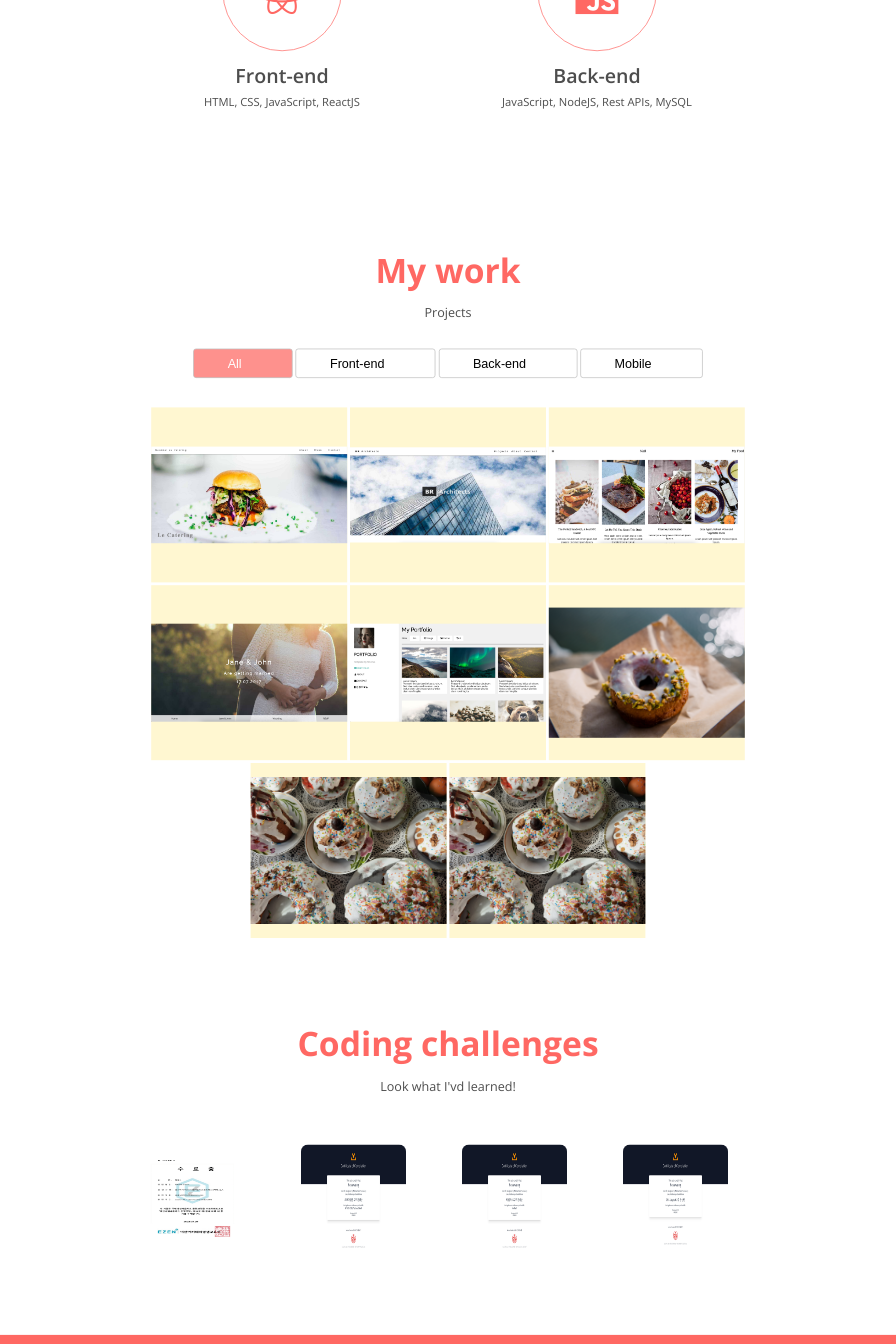
Repository: hesshess/Portfolio
Page: index.html
These files come from the project's save history. The page is drawn as it stood at one moment and after the next save; the edit follows.
The browser window is 1280 px wide. The pictures show the part of the page from y = 1060 to 2980 px (the page is 3375 px tall), at 70% of full size.
Some web libraries are served in a nearby version.

Above is the page before, as saved 2022-10-19 11:50:43.

### index.html
<!DOCTYPE html>
<html lang="en">
  <head>
    <meta charset="UTF-8" />
    <meta name="viewport" content="width=device-width, initial-scale=1.0" />
    <title>Hess's Portfolio</title>
    <meta
      name="description"
      content="Portfolio for world-renowed software engineer Hess"
    />
    <meta name="author" content="Hess" />
    <link rel="icon" type="image/png" href="imgs/favicon.png" />
    <script
      src="https://kit.fontawesome.com/1af2041847.js"
      crossorigin="anonymous"
    ></script>
    <link
      href="https://fonts.googleapis.com/css2?family=Amatic+SC:wght@400;700&family=Open+Sans:wght@400;600;700&display=swap"
      rel="stylesheet"
    />
    <link rel="stylesheet" href="style.css" />
    <script src="main.js" defer></script>
  </head>
  <body>
    <!-- Navbar -->
    <nav id="navbar">
      <div class="navbar__logo">
        <i class="fas fa-home"></i>
        <a href="#">Hess</a>
      </div>
      <div class="navbar__menu">
        <ul class="navbar__menu">
          <li class="navbar__menu__item active" data-link="#home">Home</li>
          <li class="navbar__menu__item" data-link="#about">About</li>
          <li class="navbar__menu__item" data-link="#work">My Work</li>
          <li class="navbar__menu__item" data-link="#testimonials">
            Certificate
          </li>
          <li class="navbar__menu__item" data-link="#contact">Contact</li>
        </ul>
      </div>
      <!-- Toggle button -->
      <button class="navbar__toggle-btn">
        <i class="fas fa-bars"></i>
      </button>
    </nav>
    <!-- Home -->
    <section id="home">
      <div class="home__container">
        <img
          src="imgs/profile.JPG"
          alt="Hess's profile Photo"
          class="home__avatar"
        />

        <h1 class="home__title">Hello, <br />I'm Hess Wang</h1>
        <h2 class="home__description">
          A Softerware Engineer currently residing in Seoul, South Korea.
        </h2>
        <button class="home__contact" data-link="#contact">Contact Me</button>
      </div>
    </section>

    <!-- About -->

    <section id="about" class="section section__container">
      <h1>About me</h1>
      <p>Enthusiasic Fast Learner who's also interested in Back-end</p>
      <div class="about__majors">
        <div class="major">
          <div class="major__icon">
            <i class="fab fa-react"></i>
          </div>
          <h2 class="major__title">Front-end</h2>
          <div class="major__description">
            HTML, CSS, JavaScript, ReactJS
          </div>
        </div>
        <div class="major">
          <div class="major__icon">
            <i class="fab fa-js"></i>
          </div>
          <h2 class="major__title">Back-end</h2>
          <div class="major__description">
            JavaScript, NodeJS, Rest APIs, MySQL
          </div>
        </div>
      </div>
    </section>


    <!-- Work -->
    <section id="work" class="section">
      <div class="section__container">
        <h1>My work</h1>
        <h3>Projects</h3>
        <div class="work__categories">
          <button class="category__btn active" data-filter="*">
            All<span class="category__count">8</span>
          </button>
          <button class="category__btn" data-filter="front-end">
            Front-end<span class="category__count">3</span>
          </button>
          <button class="category__btn" data-filter="back-end">
            Back-end<span class="category__count">3</span>
          </button>
          <button class="category__btn" data-filter="mobile">
            Mobile<span class="category__count">2</span>
          </button>
        </div>

        <div class="work__projects">
          <a
          href="https://hesshess.github.io/clonecoding-assignment/1-gourtmet-au-catering/template1.html"
          class="project"
          target="blank"
          data-type="front-end"
        >
          <img
            src="./imgs/work/template1.png"
            alt="Youtube"
            class="project__img"
          />
          <div class="project__description">
            <h3>Youtube Site</h3>
            <span>Clone coding with HTML and CSS</span>
          </div>
        </a>
        <a
          href="https://hesshess.github.io/clonecoding-assignment/2-ba-architects/template2.html"
          class="project"
          target="blank"
          data-type="front-end"
        >
          <img
            src="./imgs/work/template2.png"
            alt="Youtube"
            class="project__img"
          />
          <div class="project__description">
            <h3>Youtube Site</h3>
            <span>Clone coding with HTML and CSS</span>
          </div>
        </a>
        <a
          href="https://hesshess.github.io/clonecoding-assignment/3-food-blog/template3.html"
          class="project"
          target="blank"
          data-type="front-end"
        >
          <img
            src="./imgs/work/template3.png"
            alt="Youtube"
            class="project__img"
          />
          <div class="project__description">
            <h3>Youtube Site</h3>
            <span>Clone coding with HTML and CSS</span>
          </div>
        </a>
        <a
          href="https://hesshess.github.io/clonecoding-assignment/4-wedding-invitation/template4.html"
          class="project"
          target="blank"
          data-type="front-end"
        >
          <img
            src="./imgs/work/template4.png"
            alt="Youtube"
            class="project__img"
          />
          <div class="project__description">
            <h3>Youtube Site</h3>
            <span>Clone coding with HTML and CSS</span>
          </div>
        </a>
        <a
          href="https://hesshess.github.io/clonecoding-assignment/5-nature-portfolio/template5.html"
          class="project"
          target="blank"
          data-type="front-end"
        >
          <img
            src="./imgs/work/template5.png"
            alt="Youtube"
            class="project__img"
          />
          <div class="project__description">
            <h3>Youtube Site</h3>
            <span>Clone coding with HTML and CSS</span>
          </div>
        </a>
          <a
            href="깃허브링크"
            class="project"
            target="blank"
            data-type="back-end"
          >
            <img src="imgs/projects/2.jpg" alt="Youtube" class="project__img" />
            <div class="project__description">
              <h3>Youtube Site</h3>
              <span>Clone coding with HTML and CSS</span>
            </div>
          </a>
          <a
            href="깃허브링크"
            class="project"
            target="blank"
            data-type="mobile"
          >
            <img src="imgs/projects/3.jpg" alt="Youtube" class="project__img" />
            <div class="project__description">
              <h3>Youtube Site</h3>
              <span>Clone coding with HTML and CSS</span>
            </div>
          </a>
          <a
            href="깃허브링크"
            class="project"
            target="blank"
            data-type="mobile"
          >
            <img src="imgs/projects/3.jpg" alt="Youtube" class="project__img" />
            <div class="project__description">
              <h3>Youtube Site</h3>
              <span>Clone coding with HTML and CSS</span>
            </div>
          </a>
        </div>
      </div>
    </section>
    <!-- Testimonials -->
    <section id="testimonials" class="section">
      <div class="section__container">
        <h1>Coding challenges</h1>
        <h3>Look what I'vd learned!</h3>
        <div class="testimonials">
          <div class="testimonial">
            <img
              src="imgs/testimonial/certificate1.jpg"
              class="testimonial__avatar"
            />
            <div class="testimonial__description">
              <h3>이젠 - 풀스택 웹개발자 6개월 과정</h3>
              <span>HTML, CSS, Javascript, React, Node, MySQL</span>
            </div>
          </div>

          <div class="testimonial">
            <img
              src="imgs/testimonial/nomad1.jpg"
              class="testimonial__avatar"
            />
            <div class="testimonial__description">
              <h3>노마드코드 - 카카오 클론 2주 챌린지</h3>
              <span>HTML5, CSS3, Flexbox, Github</span>
          </div>
          </div>
          <div class="testimonial">
            <img
              src="imgs/testimonial/nomad2.jpg"
              class="testimonial__avatar"
            />
            <div class="testimonial__description">
              <h3>노마드코드 - 바닐라 JS 2주 챌린지</h3>
              <span>HTML5, CSS3, VanillaJS</span>
          </div></div>
          <div class="testimonial">
            <img
              src="imgs/testimonial/nomad3.jpg"
              class="testimonial__avatar"
            />
            <div class="testimonial__description">
              <h3>노마드코드 - CSS LAYOUT 2주 챌린지</h3>
              <span>Flexbox, Grid, Scss</span>
          </div>
        </div>
      </div>
    </section>
    <!-- Contact -->
    <section id="contact" class="section">
      <h1 class="contact__title">Let's talk</h1>
      <h2>
        <a href="mailto:hess90wang@gmail.com" class="contact__email"
          >hess90wang@gmail.com</a
        >
      </h2>
      <div class="contact__links">
        <a href="https://github.com/hesshess" target="_blank">
          <i class="fab fa-github"></i>
        </a>
        <a
          href="https://www.linkedin.com/in/hess-wang-294197254/"
          target="_blank"
        >
          <i class="fa fa-linkedin-square"></i
        ></a>
      </div>
      <p class="contact__rights">2020 HESS Cottage - All rights reserved</p>
    </section>

    <!-- Arrow up -->
    <button class="arrow-up">
      <i class="fas fa-arrow-up"></i>
    </button>
  </body>
</html>

### style.css
/* Global */
:root {
  /* Color */

  --color-white: #ffffff;

  --color-light-white: #eeeeee;

  --color-dark-white: #bdbdbd;

  --color-pink: #fe918d;

  --color-dark-pink: #ff6863;

  --color-dark-grey: #4d4d4d;

  --color-grey: #616161;

  --color-light-grey: #7c7979;

  --color-blue: #73aace;

  --color-yellow: #fff7d1;

  --color-orange: #feb546;

  --color-black: #000000;

  /* Font size */

  --font-large: 48px;

  --font-medium: 28px;

  --font-regular: 18px;

  --font-small: 16px;

  --font-micro: 14px;

  /* Font weight */

  --weight-bold: 700;

  --weight-semi-bold: 600;

  --weight-regular: 400;

  /* Size */
  --size-border-radius: 4px;

  /* Animation */
  --animation-duration: 300ms;
}

/* Universal tags */
* {
  box-sizing: border-box;
}

body {
  margin: 0;
  font-family: "Open Sans", sans-serif;
  cursor: default;
}

a {
  text-decoration: none;
  color: var(--color-white);
}
ul {
  list-style: none;
  padding-left: 0;
}
li {
  list-style: none;
}

button {
  background-color: transparent;
  cursor: pointer;
  border: none;
  outline: none;
}

/* Typography */
h1 {
  font-size: var(--font-large);
  font-weight: var(--weight-bold);
  color: var(--color-dark-pink);
  margin: 16px 0;
}

h2 {
  font-size: var(--font-medium);
  font-weight: var(--weight-semi-bold);
  color: var(--color-dark-grey);
  margin: 8px 0;
}

h3 {
  font-size: var(--font-regular);
  font-weight: var(--weight-regular);
  color: var(--color-dark-grey);
  margin: 8px 0;
}

p {
  font-size: var(--font-regular);
  font-weight: var(--weight-regular);
  color: var(--color-light-grey);
  margin: 4px 0;
}

/* Navbar */
#navbar {
  position: fixed;
  width:100%;
  display: flex;
  justify-content: space-between;
  background-color: transparent;
  align-items: center;
  color: var(--color-dark-white);
  padding: 10px;
  transition: all var(--animation-duration) ease-in-out;
  z-index:1;
}
#navbar.navbar--dark{
  background-color: var(--color-pink);
  color:var(--color-white);
  padding: 5px;

}
.navbar__menu {
  display: flex;
  margin: 4px 0;
}

.navbar__logo {
  font-size: var(--font-medium);
  font-weight: var(--weight-semi-bold);
  padding-left: 10px;
}
.navbar__menu__item {
  padding: 4px 6px;
  margin: 0 4px;
  cursor: pointer;
  border-radius: var(--size-border-radius);
}

.navbar__menu__item.active {
  border: 1.5px solid var(--color-pink);
}

.navbar__menu__item:hover {
  background-color: var(--color-dark-pink);
  border-radius: var(--size-border-radius);
}

.navbar__toggle-btn{
  position: absolute;
  top:10px;
  right:16px;
  font-size: 24px;
  color:var(--color-white);
  display:none;

}

/* Home */
#home {
  background: url("imgs/home-background.png") center/cover no-repeat;
  padding: 40px;
  padding-top:120px;
  text-align: center;
}

.home__avatar {
  width: 250px;
  height: 250px;
  border-radius: 50%;
  border: 3px solid var(--color-pink);
}

.home__title,
.home__description {
  color: var(--color-light-grey);
}
.home__contact {
  color: var(--color-grey);
  font-size: var(--font-regular);
  font-weight: var(--weight-bold);
  margin: 24px;
  padding: 8px 12px;
  border: 2px solid var(--color-light-grey);
  border-radius: var(--size-border-radius);
}

/* Section Common*/
.section {
  text-align: center;
  padding: 50px;
  margin: auto;
}

.section__container {
  max-width: 1000px;
  margin: auto;
}

/* About */
.about__majors {
  display: flex;
  justify-content: space-around;
  margin: 80px 0;
}


.major__icon {
  width: 170px;
  height: 170px;
  font-size: 70px;
  line-height: 170px;
  color: var(--color-dark-pink);
  margin: auto;
  border: 1px solid var(--color-dark-pink);
  border-radius: 50%;
  margin-bottom: 16px;
}

.major__icon i {
  transition: all var(--animation-duration) ease;
}

.major__icon:hover i {
  color: var(--color-pink);
  transform: rotate(30deg) scale(1.2);
}

.major__title,
.major__description {
  color: var(--color-dark-grey);
}

.major__description {
  font-size: var(--font-small);
}

.job {
  display: flex;
  align-items: center;
}

.job__description {
  margin: 0 16px;
  text-align: left;
}

.job__name,
.job__period {
  color: var(--color-light-grey);
}

.job__name {
  font-size: var(--font-small);
}

.job__period {
  font-size: var(--font-micro);
}

.job__logo {
  width: 80px;
  height: 80px;
  border-radius: 50%;
  margin-right: 20px;
}

/* Skill */
#skills {
  background-color: var(--color-yellow);
}

.skillset {
display: flex;
background-color:var(--color-light-grey);
color:var(--color-light-white);
margin:20px 0;
}

.skillset__title{
    color:var(--color-white);

}

.skillset__left{
flex-basis: 60%;
background-color:var(--color-dark-grey);
padding: 20px 40px;
}

.skill{
  margin-bottom: 32px;
}

.skill__description{
    display:flex;
    justify-content: space-between;

}

.skill__bar{
  width: 100%;
  height:3px;
  background-color: var(--color-grey);

}
.skill__value{
  height:3px;
  background-color: var(--color-orange);
}

.skillset__right{
flex-basis: 40%;
}

.tools {
    background-color: var(--color-grey);
}

.tools, .etx{
  padding: 20px;
}

/* Work */


.work__categories {
  margin:40px;
}
.category__btn{
  border: 1px solid var(--color-dark-white);
  border-radius:  var(--size-border-radius);
  font-size:var(--font-regular);
  padding: 8px 48px;
}

.category__btn.active, .category__btn:hover{
  background-color: var(--color-pink);
  color: var(--color-white);
}

.category__btn .active .category__count,.category__btn:hover .category__count {
  opacity: 1;
  top: 0;
}



.category__count{
  background-color: var(--color-orange);
  border-radius: 50%;
  color:var(--color-white);
  width:24px;
  height:24px;
  display: inline-block;
  line-height: 24px ;
  position:relative;
  top: -20px;
  left:4px;
  opacity:0;
  transition: all var(--animation-duration) ease-in;

}

 .work__projects{
   display:flex;
   flex-wrap:wrap;
   justify-content: center;
   opacity:1;
   transition: all var(--animation-duration) ease-out;

 }
 .work__projects.anim-out{
   opacity:0;
   transform: scale(0.96) translateY(40px);
 }

 .project {
   position: relative;
   display:flex;
   justify-content: center;
   align-items: center;
   width:280px;
   height:250px;
   margin:2px;
   background-color: var(--color-yellow);

 }
 .project.invisible{
   display:none;
 }

 .project__img{
   max-width:100%;
   max-height:100%;
 }

 .project__description, .testimonial__description{
   position: absolute;
   background-color: black;
   display: flex;
   flex-direction: column;
   justify-content: center;
   width:100%;
   height:100%;
   top:0;
   left:0;
   opacity:0;
   transform:translateY(10px);
   transition: all var(--animation-duration) ease-in;
 }
 .testimonial__description{
  padding: 10px;
  font-size: 0.7em;
  width:150px;
  height:150px;
  border-radius: 10px;
  color:var(--color-white);
 }

 .project:hover .project__description{
opacity:0.8;
transform:translateY(0px);
 }

 .testimonial:hover .testimonial__description{
  opacity:0.8;
  transform:translateY(0px);
   }

 .project__description h3{
   color:var(--color-white);
 }

 .project__description h3:after{
   display: block;
   content:'';
   position: relative;
   left:50%;
   width:25px;
   height:2px;
   margin-left: -12px;
   margin-top: 8px;
   background-color: var(--color-dark-white);
 }


/* testimonial */
#testimonials{
  background-color:rgb(255, 186, 191) #FFECBF;

}

.testimonials {
  margin: 40px;
  display: flex;
  justify-content: space-around;
}

.testimonial{
  display: flex;
margin:32px 0;
transition: all var(--animation-duration) ease-in;
}
.testimonial:hover {
  transform: scale(1.5);
}
.testimonial .project__description{
  opacity:0.8;
  transform:translateY(0px);
   }

.testimonial__avatar{
  width:150px;
  height:150px;
  border-radius: 10px;

}
.testimonial__avatar:nth-child(odd){
  margin-right:40px;
}
.testimonial__avatar:nth-child(even){
  margin-left:40px;
}

.testimonial__speech-bubble{
  padding:18px;
  background-color: var(--color-white);
  border-radius: var(--size-border-radius);
}

.testimonial__speech-bubble p {
  color: var(--color-light-grey);

}

.testimonial__speech-bubble a{
  color: var(--color-pink);
}

/* Contact */

#contact{
  background-color: var(--color-dark-pink);


}
.contact__title, .contact__email, .contact__rights{
  color: var(--color-white);
}

.contact__title{
  margin: 32px 0;

}

.contact__links{
  font-size: var(--font-large);
  margin: 24px 0px;
  transition: all var(--animation-duration) ease-in;

}

.contact__links i:hover {
  transform: scale(1.3);
  color:var(--color-orange);

}


/* Scroll */
.arrow-up{
  position:fixed;
  bottom: 50px;
  right:50px;
  width:70px;
  height:70px;
  font-size: 50px;
  background-color: var(--color-pink);
  color: var(--color-white);
  border-radius: 50%;
  opacity:0;
  pointer-events: none ;
  transition: all var(--animation-duration) ease-in
}

.arrow-up.visible {
  opacity:1;
  pointer-events: auto;
}


/* For below 768px screen width */

@media screen and (max-width:768px){
.navbar__toggle-btn{
  display:block;

}
#navbar{
  font-display: column;
align-items:flex-start;
}
.navbar__menu{
  flex-direction: column;
  text-align: center;
  width:100%;
  display:none;

}

.about__majors{
  flex-direction: column;

}
.major{
margin-bottom: 38px;

}

.skillset {
  flex-direction: column;

}

.project{
  flex-grow: 1;
}

.testimonial__avatar{
  width:80px;
  height:80px;
}



}

### main.js
"use strict";

// Make navbar transparent when it is on the top
const navbar = document.querySelector("#navbar");
const navbarHeight = navbar.getBoundingClientRect().height;
document.addEventListener("scroll", () => {
  if (window.scrollY > navbarHeight) {
    navbar.classList.add("navbar--dark");
  } else {
    navbar.classList.remove("navbar--dark");
  }
});

// Handle scrolling when tapping on the navbar menu
const navbarMenu = document.querySelector(".navbar__menu");
navbarMenu.addEventListener("click", (event) => {
  const target = event.target;
  const link = target.dataset.link;
  if (link == null) {
    return;
  }
  scrollIntoView(link);
});

// Handle click on "Contact Me" button on home
const contactMe = document.querySelector(".home__contact");
contactMe.addEventListener("click", () => {
  scrollIntoView("#contact");
});

// Make Home slowly fade to transparent as the window scrolls down
const home = document.querySelector(".home__container");
const homeHeight = home.getBoundingClientRect().height;
document.addEventListener("scroll", () => {
  home.style.opacity = 1 - window.scrollY / homeHeight;
});

// Show "arrow up" button when scrolling down
const arrowUp = document.querySelector(".arrow-up");
document.addEventListener("scroll", () => {
  if (window.scrollY > homeHeight / 2) {
    arrowUp.classList.add("visible");
  } else {
    arrowUp.classList.remove("visible");
  }
});

// Handle click on the "arrow up" button
arrowUp.addEventListener("click", () => {
  scrollIntoView("#home");
});

// Projects
const workBtnContainer = document.querySelector(".work__categories");
const projectContainer = document.querySelector(".work__projects");
const projects = document.querySelectorAll(".project");
workBtnContainer.addEventListener("click", (e) => {
  const filter = e.target.dataset.filter || e.target.parentNode.dataset.filter;
  if (filter == null) {
    return;
  }

  projectContainer.classList.add("anim-out");

  setTimeout(() => {
    projects.forEach((project) => {
      console.log(project.dataset.type);
      if (filter === "*" || filter === project.dataset.type) {
        project.classList.remove("invisible");
      } else {
        project.classList.add("invisible");
      }
    });
    projectContainer.classList.remove("anim-out");
  }, 300);
});

function scrollIntoView(selector) {
  const scrollTo = document.querySelector(selector);
  scrollTo.scrollIntoView({ behavior: "smooth" });
}

After the next save:
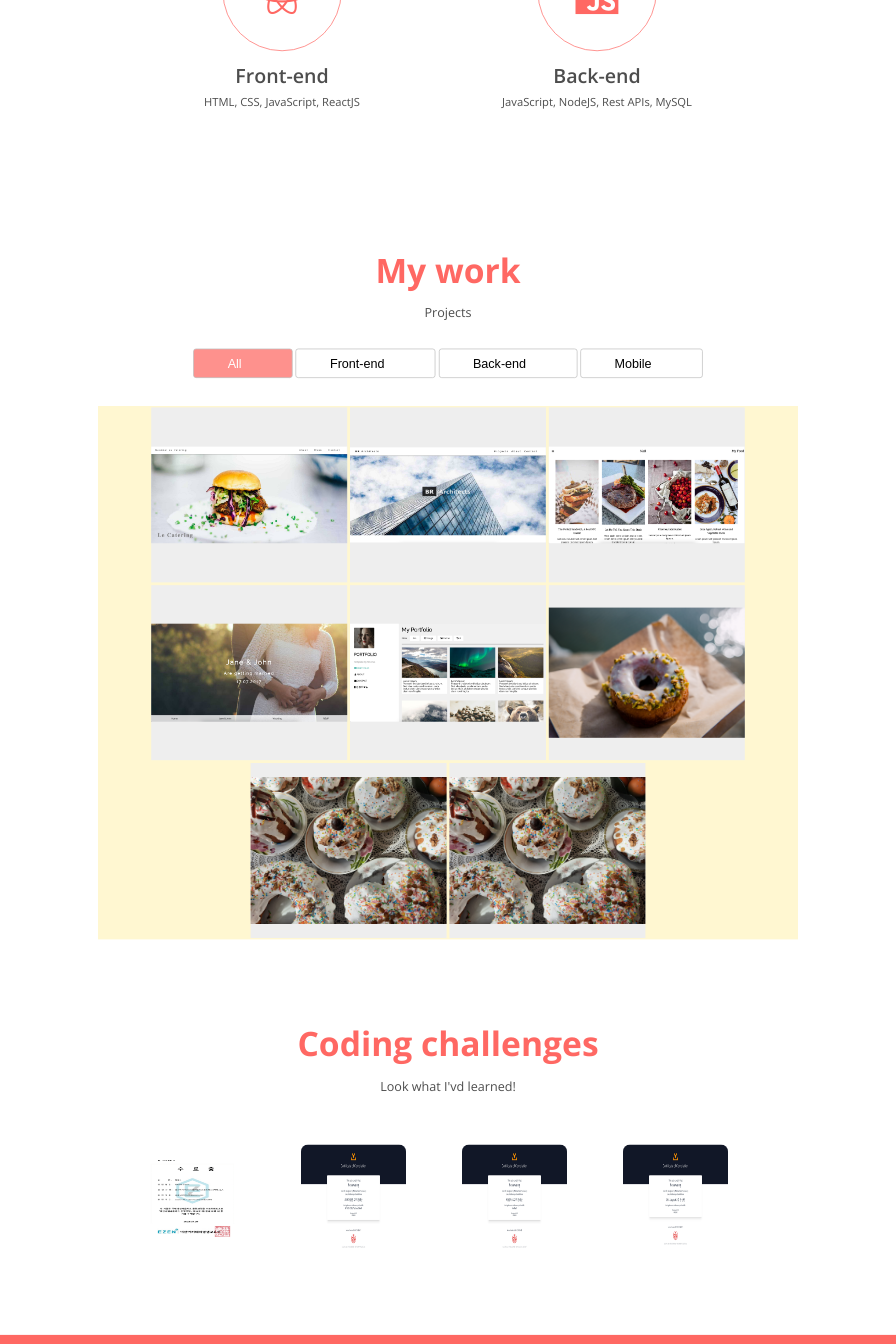
Saved 36 s later.
--- a/style.css
+++ b/style.css
@@ -379,6 +379,7 @@
    justify-content: center;
    opacity:1;
    transition: all var(--animation-duration) ease-out;
+   background-color:var(--color-yellow);
 
  }
  .work__projects.anim-out{
@@ -394,7 +395,7 @@
    width:280px;
    height:250px;
    margin:2px;
-   background-color: var(--color-yellow);
+   background-color: var(--color-light-white);
 
  }
  .project.invisible{
